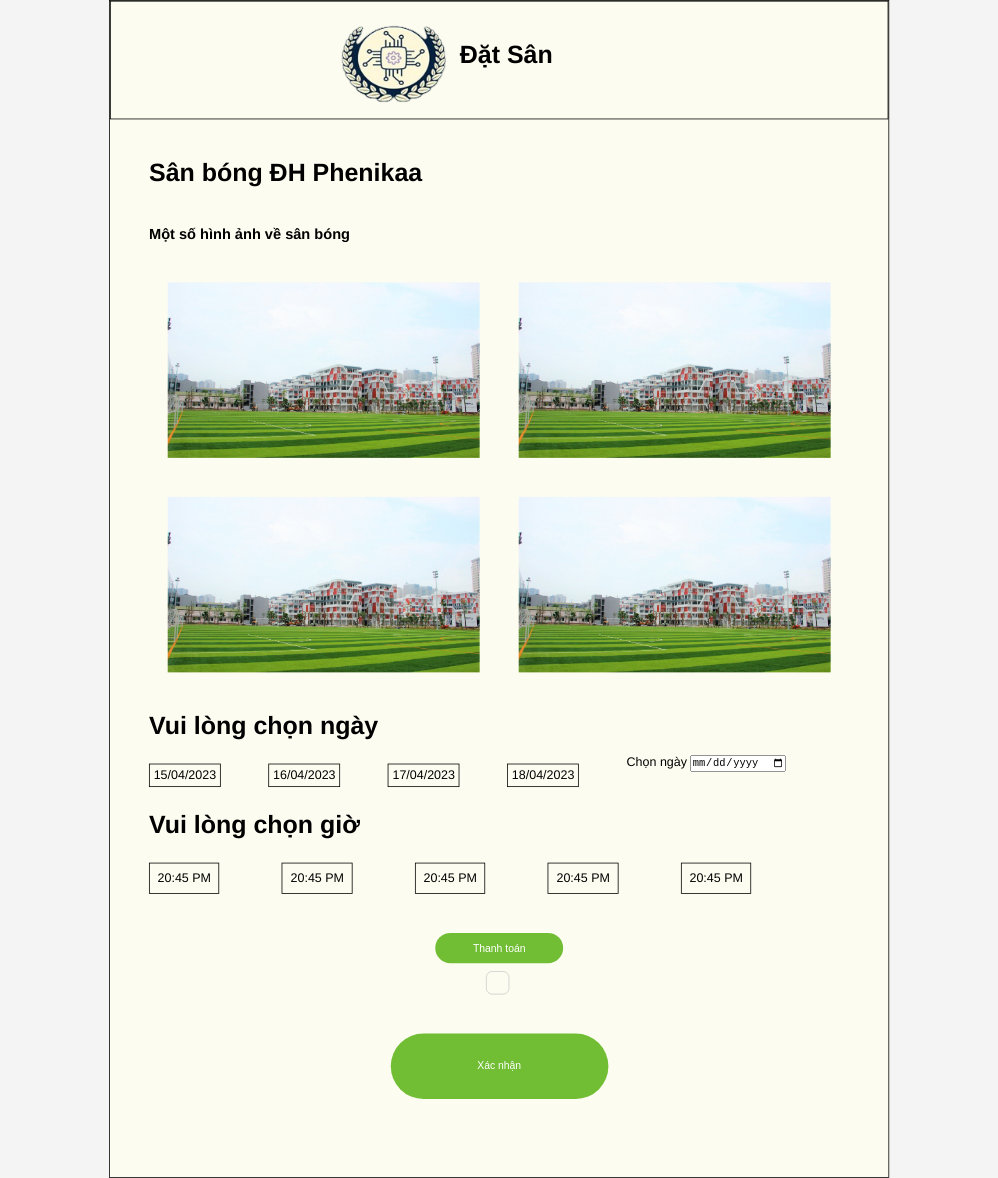
Repository: tus3300/BTL
Page: code/tacket.html
An editor plug-in stored every save of this project. The page is shown before and after a run of saves, followed by the edit.
The browser window is 1280 px wide. The pictures show the whole page, at 78% of full size.

Above is the page before, as saved 2023-05-21 00:33:20.

### code/tacket.html
<div class="tacket">

    <link href="https://cdnjs.cloudflare.com/ajax/libs/font-awesome/5.15.0/css/all.min.css" rel="stylesheet">
    <link href="lib/owlcarousel/assets/owl.carousel.min.css" rel="stylesheet">
    <link rel="stylesheet" href="css/test.css">
    <link rel="preconnect" href="https://fonts.gstatic.com">
    <link href="https://fonts.googleapis.com/css2?family=Roboto:wght@300;400;500;700;900&display=swap" rel="stylesheet">
    <div class="head-tacket">
        <img src="./img/logo.png" alt="" class="">
        <h1 class="">Đặt Sân</h1>
    </div>
    <div class="main-tacket">
      <div id="toast"></div>
        <div class="head-main-tacket">
            <h1 class="">Sân bóng ĐH Phenikaa</h1>
            <h3 class="">Một số hình ảnh về sân bóng</h3>
            <div class="main-tacket-img">
                <img src="./img/news-500x280-4.jpg" alt="" class="">
                <img src="./img/news-500x280-4.jpg" alt="" class="">
                <img src="./img/news-500x280-4.jpg" alt="" class="">
                <img src="./img/news-500x280-4.jpg" alt="" class="">
            </div>
        </div>
        <div class="main-main-tacket">
            <div class="day-main-ticket">
                <h1 class="h1-main-tacket">Vui lòng chọn ngày</h1>
                <div class="round-ul">
                    <ul class="ul-day-tacket">
                        <li class="li-tacket">
                            <div class="item-tacket">
                                15/04/2023
                            </div>
                        </li>
                        <li class="li-tacket">
                            <div class="item-tacket">
                                16/04/2023
                            </div>
                        </li>
                        <li class="li-tacket">
                            <div class="item-tacket">
                                17/04/2023
                            </div>
                        </li>
                        <li class="li-tacket">
                            <div class="item-tacket">
                                18/04/2023
                            </div>
                        </li>

                        <div class="datepicker">
                            <label for="dateofbirth">Chọn ngày</label>
                            <input type="date" name="dateofbirth" id="dateofbirth">
                        </div>
                    </ul>
                </div>
            </div>

            <div class="hour-main-ticket">
                <h1 class="h1-main-tacket">Vui lòng chọn giờ</h1>
                <ul class="ul-hour-ticket">
                    <li class="li-hour-ticket">
                        <div class="hour-ticket">20:45 PM</div>
                    </li>
                    <li class="li-hour-ticket">
                        <div class="hour-ticket">20:45 PM</div>
                    </li>
                    <li class="li-hour-ticket">
                        <div class="hour-ticket">20:45 PM</div>
                    </li>
                    <li class="li-hour-ticket">
                        <div class="hour-ticket">20:45 PM</div>
                    </li>
                    <li class="li-hour-ticket">
                        <div class="hour-ticket">20:45 PM</div>
                    </li>
                </ul>
            </div>
        </div>
    </div>

    <div class="foot-ticket">
        <div class="bill-ticket">
           <div onclick="showErrorToast()"  class="btn btn--success"><button>Thanh toán</button></div>
        </div>
        <div class="check-bill">
            <style>
              .checkbox-style {
                display: inline-flex;
                align-items: center;
                gap: 10px;
                cursor: pointer;
                display: flex;
                justify-content: center;
                align-items: center;
                margin-top: 10px;
                margin-left: 5px;
              }
              .checkbox-label {
                cursor: pointer;
              }
              .checkbox-style input {
                display: none;
              }
              .checkbox-box {
                width: 30px;
                height: 30px;
                border: 1px solid #ccc;
                border-radius: 8px;
                padding: 5px;
                color: transparent;
                transition: all 0.2s linear;
              }
              .checkbox-input:checked + .checkbox-box {
                background-color: #6a5af9;
                border-color: #6a5af9;
                color: white;
              }
            </style>
            <label for="checkbox" class="checkbox-style">
              <input
                type="checkbox"
                name="evondev"
                id="checkbox"
                class="checkbox-input"
              />
              <div class="checkbox-box">
                <svg
                  xmlns="http://www.w3.org/2000/svg"
                  class="h-5 w-5"
                  viewBox="0 0 20 20"
                  fill="currentColor"
                >
                  <path
                    fill-rule="evenodd"
                    d="M16.707 5.293a1 1 0 010 1.414l-8 8a1 1 0 01-1.414 0l-4-4a1 1 0 011.414-1.414L8 12.586l7.293-7.293a1 1 0 011.414 0z"
                    clip-rule="evenodd"
                  />
                </svg>
              </div>
              <label for="checkbox" class="checkbox-label"></label>
            </label>
        </div>
        <div class="check-ticket">
         <div onclick="showSuccessToast()"class="btn btn--success"> <a href="" class=""><button>Xác nhận</button></a></div>
        </div>
    </div>


  <script src="js/test.js"></script>
</div>
<script src="js/date.js"></script>

### code/css/test.css
* {
  padding: 0;
  margin: 0;
  box-sizing: border-box;
}

body {
  height: 100vh;
  display: flex;
  flex-direction: column;
  font-family: "Helvetica Neue";
  background-color: #f4f4f5;
}

body > div {
  margin: auto;
}

/* ======= Buttons ======== */

/* Block */
.btn {
  display: inline-block;
  text-decoration: none;
  background-color: transparent;
  border: none;
  outline: none;
  color: #fff;
  padding: 12px 48px;
  border-radius: 50px;
  cursor: pointer;
  min-width: 120px;
  transition: opacity 0.2s ease;
}

/* Modifier */
.btn--size-l {
  padding: 16px 56px;
}

.btn--size-s {
  padding: 8px 32px;
}

.btn:hover {
  opacity: 0.8;
}

.btn + .btn {
  margin-left: 16px;
}

.btn--success {
  background-color: #71be34;
}

.btn--warn {
  background-color: #ffb702;
}

.btn--danger {
  background-color: #ff623d;
}

.btn--disabled {
  opacity: 0.5 !important;
  cursor: default;
}

/* ======= Toast message ======== */

#toast {
  position: fixed;
  top: 32px;
  right: 32px;
  z-index: 999999;
}

.toast {
  display: flex;
  align-items: center;
  background-color: #fff;
  border-radius: 2px;
  padding: 20px 0;
  min-width: 400px;
  max-width: 450px;
  border-left: 4px solid;
  box-shadow: 0 5px 8px rgba(0, 0, 0, 0.08);
  transition: all linear 0.3s;
}

@keyframes slideInLeft {
  from {
    opacity: 0;
    transform: translateX(calc(100% + 32px));
  }
  to {
    opacity: 1;
    transform: translateX(0);
  }
}

@keyframes fadeOut {
  to {
    opacity: 0;
  }
}

.toast--success {
  border-color: #47d864;
}

.toast--success .toast__icon {
  color: #47d864;
}

.toast--info {
  border-color: #2f86eb;
}

.toast--info .toast__icon {
  color: #2f86eb;
}

.toast--warning {
  border-color: #ffc021;
}

.toast--warning .toast__icon {
  color: #ffc021;
}

.toast--error {
  border-color: #ff623d;
}

.toast--error .toast__icon {
  color: #ff623d;
}

.toast + .toast {
  margin-top: 24px;
}

.toast__icon {
  font-size: 24px;
}

.toast__icon,
.toast__close {
  padding: 0 16px;
}

.toast__body {
  flex-grow: 1;
}

.toast__title {
  font-size: 16px;
  font-weight: 600;
  color: #333;
}

.toast__msg {
  font-size: 14px;
  color: #888;
  margin-top: 6px;
  line-height: 1.5;
}

.toast__close {
  font-size: 20px;
  color: rgba(0, 0, 0, 0.3);
  cursor: pointer;
}
.tacket {
  border:#000 solid 1px;
  width: 1000px;
  height: auto;
  margin: 0 auto;
  background: #fdfcf0;


}
.head-tacket{
  text-align: center;
  display: flex;
  justify-content: center;
  padding-right: 150px;
  border: #000 solid 1px;
}
.head-tacket h1 {
  justify-content: center;
  margin-top: 50px;
}

.main-tacket{
  margin-left: 50px;
}
.head-main-tacket  {
  margin-top: 50px;
}
.head-main-tacket h4{
  font: 1em sans-serif;
}
.head-main-tacket h3{
  margin-top: 50px;
}
.main-tacket-img {
  display: flex;
  flex-wrap: wrap;
  justify-content: center;
  align-items: center;
  margin-bottom: 50px;
}
.main-tacket-img img{
  width: 400px;
  display: flex;
  margin-top: 50px;
  margin-right: 50px;
}
.ul-day-tacket{
  display: flex;
  align-items: center;
}
.li-tacket{
  margin-right: 50px;
  list-style: none;
  float: left;
}
.round-ul {
  margin-top: 30px;
  margin-bottom: 30px;
}
.item-tacket{
  display:block;
  border: 1px solid #000;
  padding:5px;
  margin-right: 11px;
  z-index: 2;
}
.item-tacket:hover,
.hour-ticket:hover{
  background-color: #ED1C24;
  color:#fff;
  cursor: pointer;
}
.item-tacket.active,
.hour-ticket.active{
  background-color: #ED1C24;
  color:#fff;
}
.datepicker{
  margin-top: -30px;
  margin-right: 20px;
}
.ul-hour-ticket{
  display:flex;
  margin-top: 30px;
}
.li-hour-ticket {
  display: flex;
  justify-content: center;
  align-items: center;
  margin-right: 80px;

  border: 1px solid #000;
}
.hour-ticket{
  padding: 10px;
}
.li-hour-ticket:hover {
  background-color: #ED1C24;
  text-decoration: none;
  color:#fff;
}
.bill-ticket{
  display:flex;
  justify-content: center;
  align-items: center;
  margin-top: 50px;
}
.bill-ticket button{
  background-color: #71be34;
  border:none;
  color:white;
}

.check-ticket button{
  border: 1px solid #000;
  background-color: #71be34;
  border:none;
  color:white;

}
.check-ticket{
  display:flex;
  justify-content: center;
  align-items: center;
  margin-top: 50px;
  margin-bottom: 100px;

}
.check-ticket button:hover {
  text-decoration: none;
  color:#fff;
}
.check-ticket button{
  width: 183px;
  height: 60px;
}

### code/js/test.js

  // Toast function
function toast({ title = "", message = "", type = "info", duration = 5000 }) {
  const main = document.getElementById("toast");
  if (main) {
    const toast = document.createElement("div");

    // Auto remove toast
    const autoRemoveId = setTimeout(function () {
      main.removeChild(toast);
    }, duration + 2000);

    // Remove toast when clicked
    toast.onclick = function (e) {
      if (e.target.closest(".toast__close")) {
        main.removeChild(toast);
        clearTimeout(autoRemoveId);
      }
    };

    const icons = {
      success: "fas fa-check-circle",
      info: "fas fa-info-circle",
      warning: "fas fa-exclamation-circle",
      error: "fas fa-exclamation-circle"
    };
    const icon = icons[type];
    const delay = (duration / 1000).toFixed(2);

    toast.classList.add("toast", `toast--${type}`);
    toast.style.animation = `slideInLeft ease .3s, fadeOut linear 1s ${delay}s forwards`;

    toast.innerHTML = `
                    <div class="toast__icon">
                        <i class="${icon}"></i>
                    </div>
                    <div class="toast__body">
                        <h3 class="toast__title">${title}</h3>
                        <p class="toast__msg">${message}</p>
                    </div>
                    <div class="toast__close">
                        <i class="fas fa-times"></i>
                    </div>
                `;
    main.appendChild(toast);
  }
}
function showSuccessToast() {
  toast({
    title: "Thành công!",
    message: "Bạn đã đăng ký thành công tài khoản tại F8.",
    type: "success",
    duration: 5000
  });
}

function showErrorToast() {
  toast({
    title: "Thất bại!",
    message: "Có lỗi xảy ra, vui lòng liên hệ quản trị viên.",
    type: "error",
    duration: 5000
  });
}

### code/js/date.js
const itemTacket = document.querySelectorAll('.item-tacket');

itemTacket.forEach((item) => {
    item.addEventListener("click" ,function(event){
        itemTacket.forEach((el) => el.classList.remove('active'));
        event.target.classList.add('active')
    })
})


const hourticket = document.querySelectorAll('.hour-ticket');

hourticket.forEach((item) => {
    item.addEventListener("click" ,function(event){
        hourticket.forEach((el) => el.classList.remove('active'));
        event.target.classList.add('active')
    })
})

Loaded but not shown: code/lib/owlcarousel/assets/owl.carousel.min.css (common file)

After the next 2 saves:
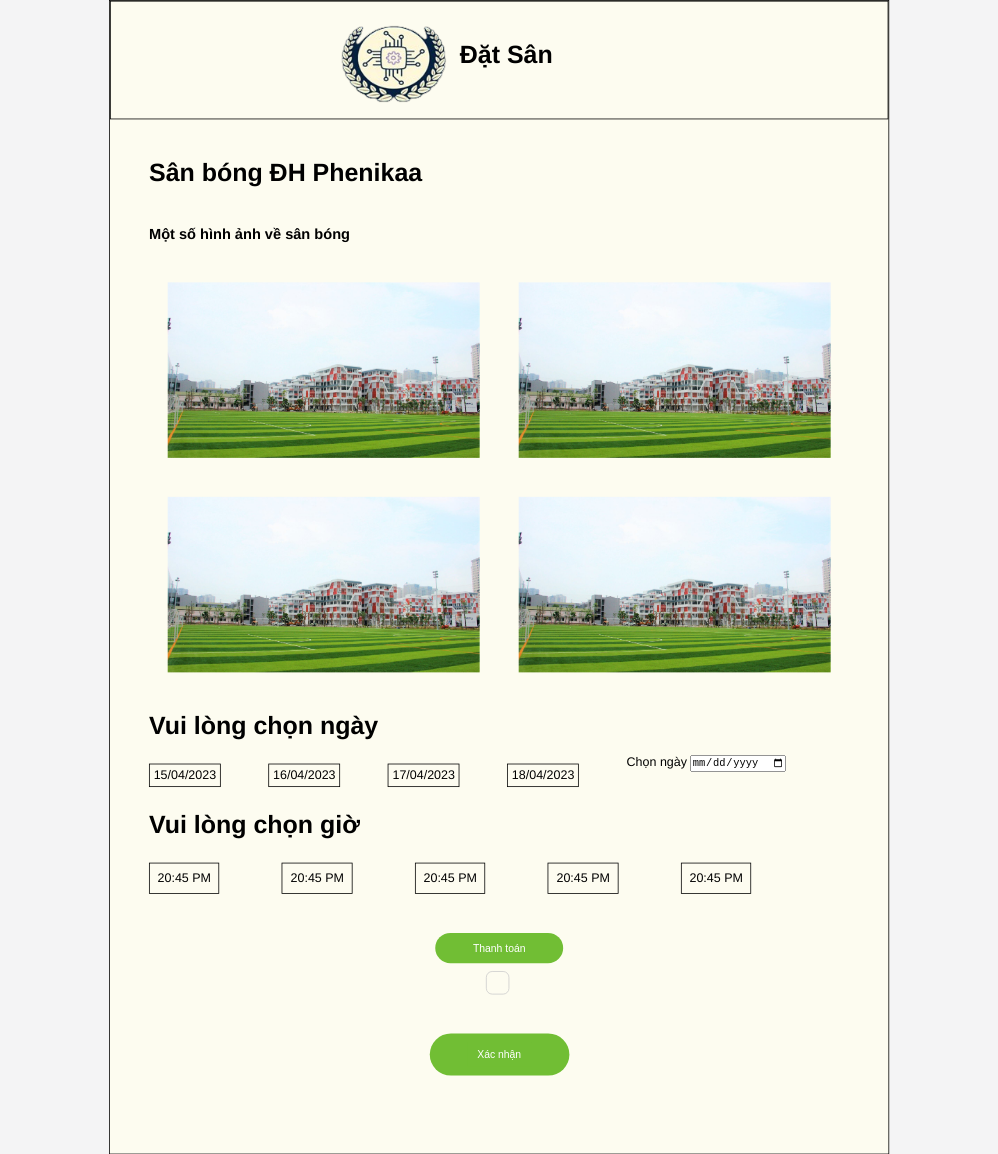
The 2 saves are shown as one change because they came seconds apart.
The last was saved 6 s later.
--- a/code/css/test.css
+++ b/code/css/test.css
@@ -306,6 +306,6 @@
   color:#fff;
 }
 .check-ticket button{
-  width: 183px;
-  height: 60px;
-}
+  width: 83px;
+  height: 30px;
+}
